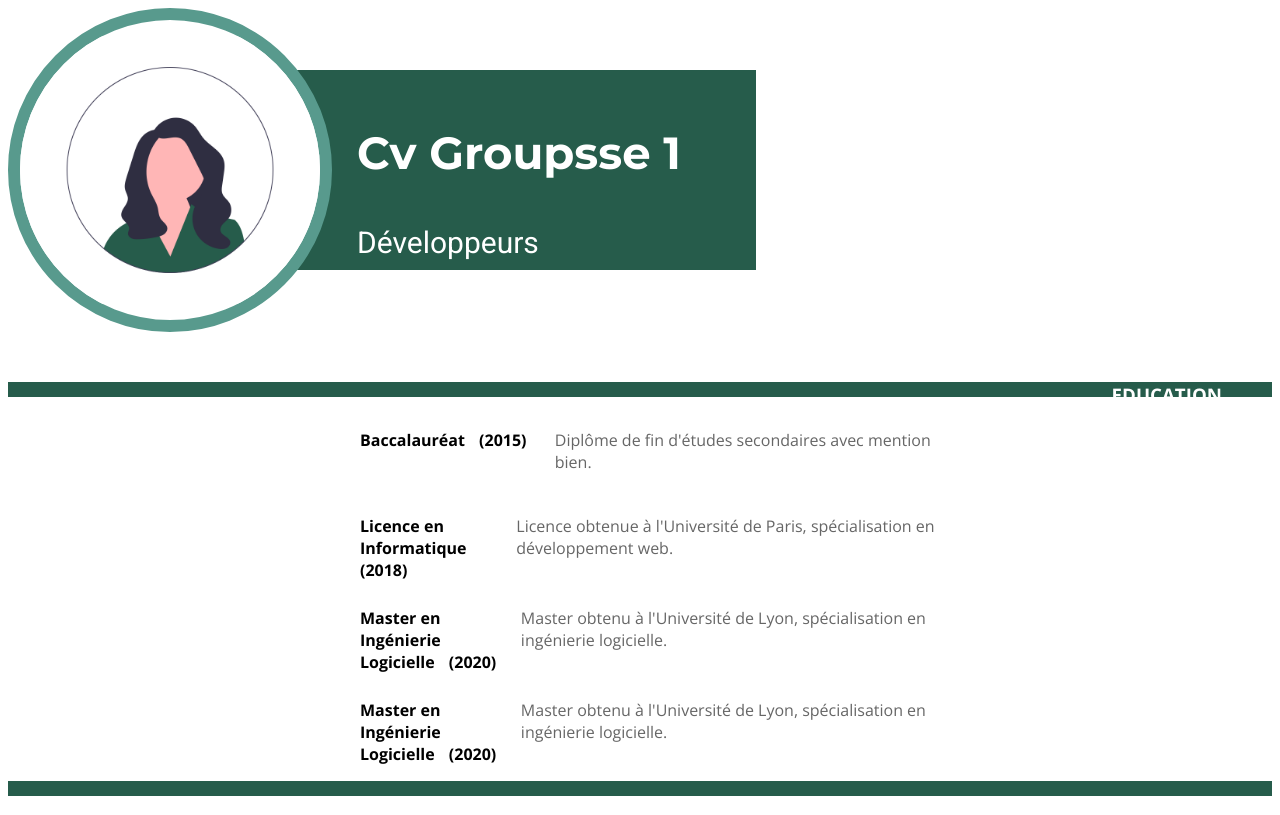
Repository: NdiongueFH/Mon_CV
Page: CV_Groupe1.html
An editor plug-in stored every save of this project. The page is shown before and after the next save, followed by the edit.
The browser window is 1280 px wide. The pictures show the whole page.

Above is the page before, as saved 2024-08-03 16:32:29.

After the next save:
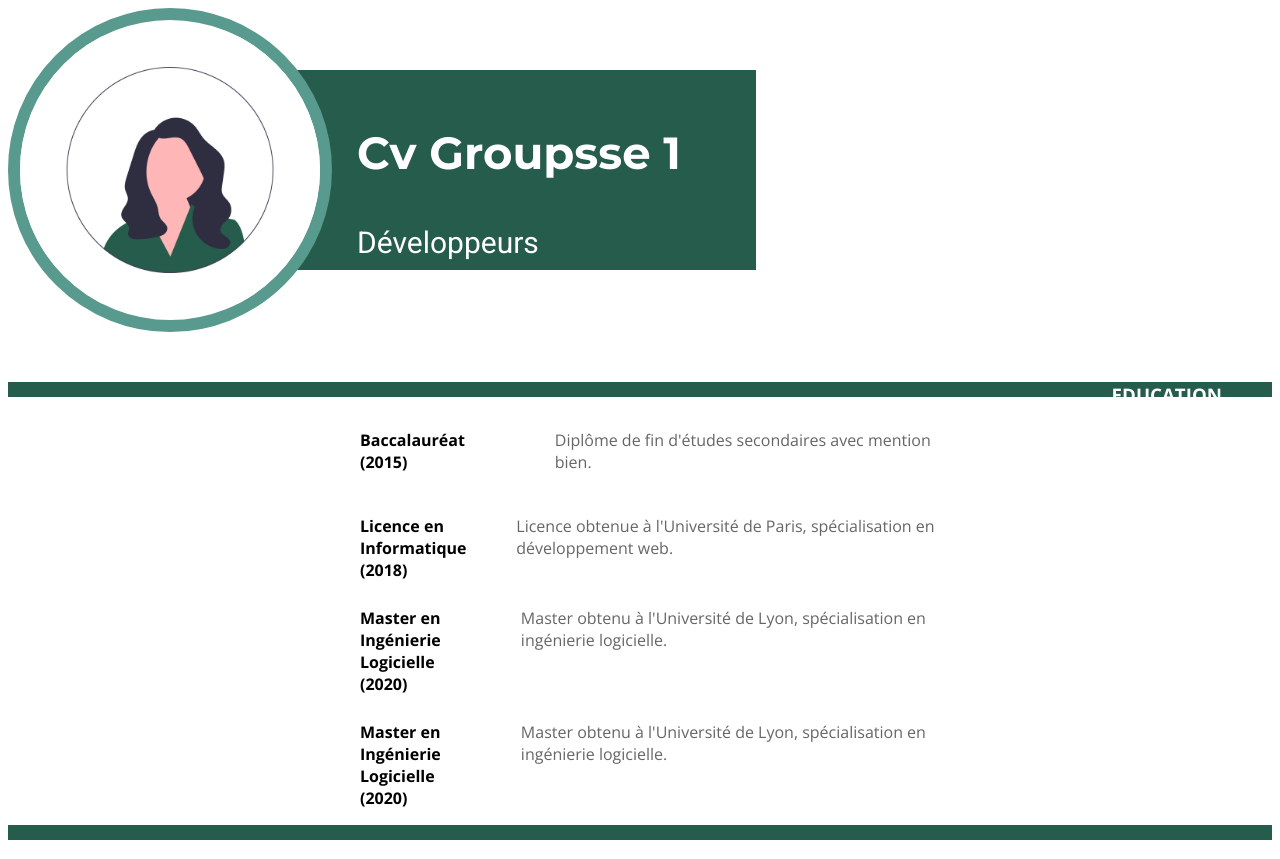
Saved 53 s later.
--- a/CV_Groupe1.html
+++ b/CV_Groupe1.html
@@ -64,28 +64,28 @@
                             <ul class="liste-diplomes">
                                 <li>
                                     <div class="info">
-                                        <span class="diplome">Baccalauréat</span>
+                                        <span class="diplome">Baccalauréat</span><br>
                                         <span class="annee">(2015)</span>
                                     </div>
                                     <p class="description">Diplôme de fin d'études secondaires avec mention bien.</p>
                                 </li>
                                 <li>
                                     <div class="info">
-                                        <span class="diplome">Licence en Informatique</span>
+                                        <span class="diplome">Licence en Informatique</span><br>
                                         <span class="annee">(2018)</span>
                                     </div>
                                     <p class="description">Licence obtenue à l'Université de Paris, spécialisation en développement web.</p>
                                 </li>
                                 <li>
                                     <div class="info">
-                                        <span class="diplome">Master en Ingénierie Logicielle</span>
+                                        <span class="diplome">Master en Ingénierie Logicielle</span><br>
                                         <span class="annee">(2020)</span>
                                     </div>
                                     <p class="description">Master obtenu à l'Université de Lyon, spécialisation en ingénierie logicielle.</p>
                                 </li>
                                 <li>
                                     <div class="info">
-                                        <span class="diplome">Master en Ingénierie Logicielle</span>
+                                        <span class="diplome">Master en Ingénierie Logicielle</span><br>
                                         <span class="annee">(2020)</span>
                                     </div>
                                     <p class="description">Master obtenu à l'Université de Lyon, spécialisation en ingénierie logicielle.</p>

After the save that followed:
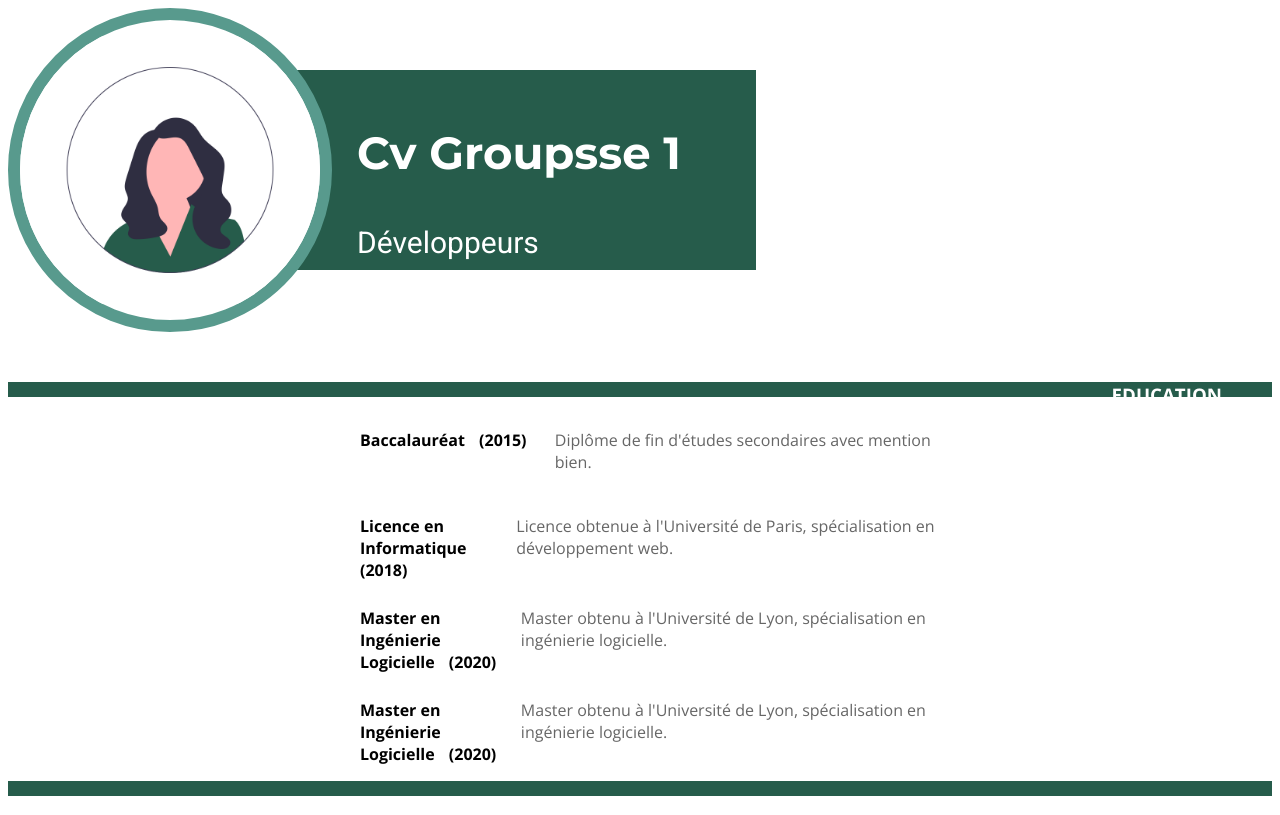
Saved 13 s later.
--- a/CV_Groupe1.html
+++ b/CV_Groupe1.html
@@ -64,28 +64,28 @@
                             <ul class="liste-diplomes">
                                 <li>
                                     <div class="info">
-                                        <span class="diplome">Baccalauréat</span><br>
+                                        <span class="diplome">Baccalauréat</span>
                                         <span class="annee">(2015)</span>
                                     </div>
                                     <p class="description">Diplôme de fin d'études secondaires avec mention bien.</p>
                                 </li>
                                 <li>
                                     <div class="info">
-                                        <span class="diplome">Licence en Informatique</span><br>
+                                        <span class="diplome">Licence en Informatique</span>
                                         <span class="annee">(2018)</span>
                                     </div>
                                     <p class="description">Licence obtenue à l'Université de Paris, spécialisation en développement web.</p>
                                 </li>
                                 <li>
                                     <div class="info">
-                                        <span class="diplome">Master en Ingénierie Logicielle</span><br>
+                                        <span class="diplome">Master en Ingénierie Logicielle</span>
                                         <span class="annee">(2020)</span>
                                     </div>
                                     <p class="description">Master obtenu à l'Université de Lyon, spécialisation en ingénierie logicielle.</p>
                                 </li>
                                 <li>
                                     <div class="info">
-                                        <span class="diplome">Master en Ingénierie Logicielle</span><br>
+                                        <span class="diplome">Master en Ingénierie Logicielle</span>
                                         <span class="annee">(2020)</span>
                                     </div>
                                     <p class="description">Master obtenu à l'Université de Lyon, spécialisation en ingénierie logicielle.</p>
